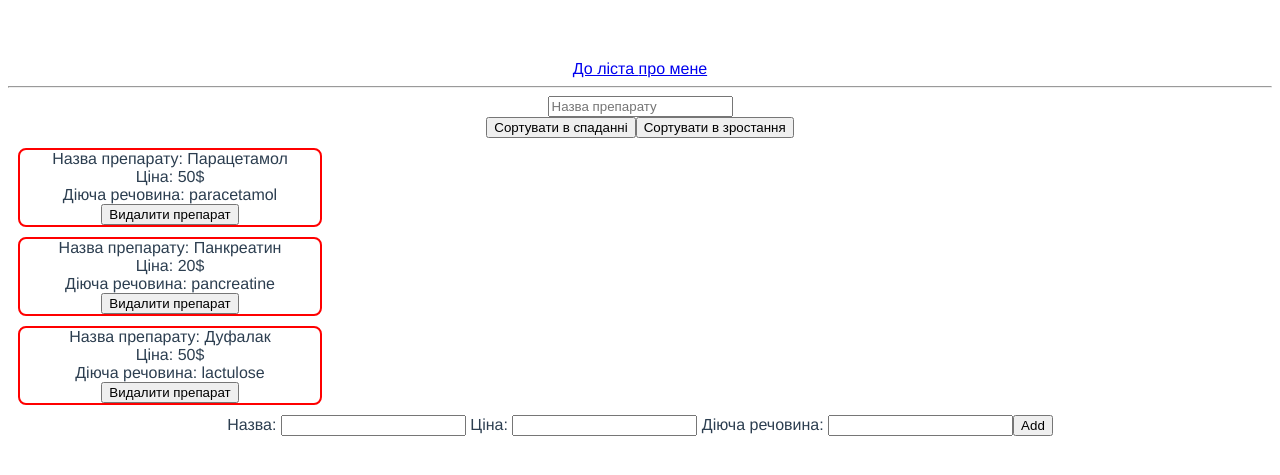
Repository: KYUUBI-K/Labs-from-2-course-
Page: /#/list (app in lab2(pharmacy)/)
An editor plug-in stored every save of this project. The page is shown before and after the next save, followed by the edit.
The browser window is 1280 px wide. The pictures show the whole page.
The project was rebuilt for these pictures with package versions that can differ from the ones it lists, and the page was loaded fresh each time.

Above is the page before, as saved 2021-12-21 15:55:22.

After the next save:
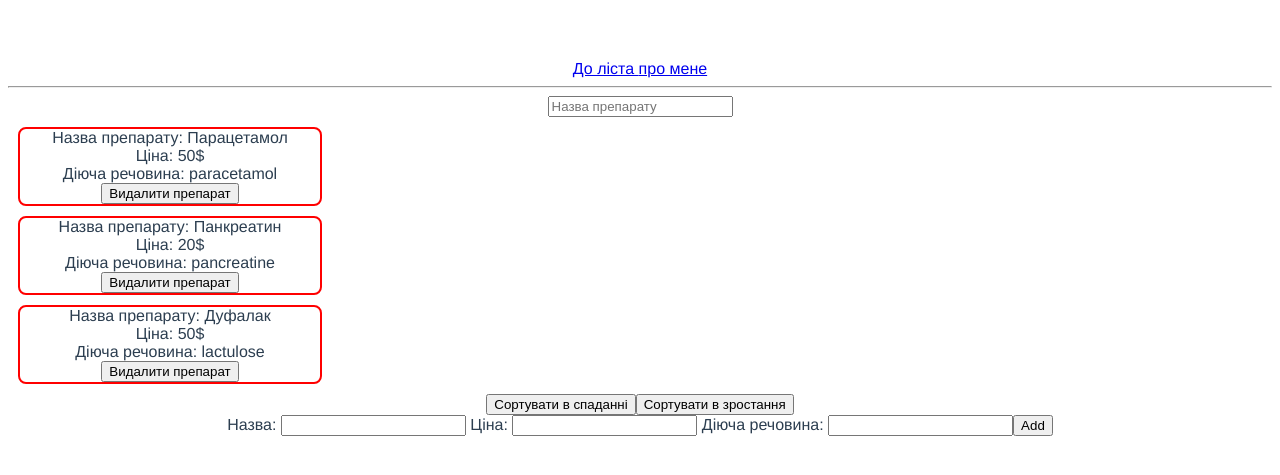
Saved 13 s later.
--- a/lab2(pharmacy)/src/components/Tasklist/index.vue
+++ b/lab2(pharmacy)/src/components/Tasklist/index.vue
@@ -3,12 +3,12 @@
     <div>
       <input type="search" v-model="search" placeholder="Назва препарату" />
     </div>
-    <div>
-      <button>Сортувати в спаданні</button>
-      <button>Сортувати в зростання</button>
-    </div>
     <task-item v-for="task in filterTask" :key="task.id" :task="task" />
     <div>
+      <div>
+        <button>Сортувати в спаданні</button>
+        <button>Сортувати в зростання</button>
+      </div>
       <add-new-task />
     </div>
   </div>
